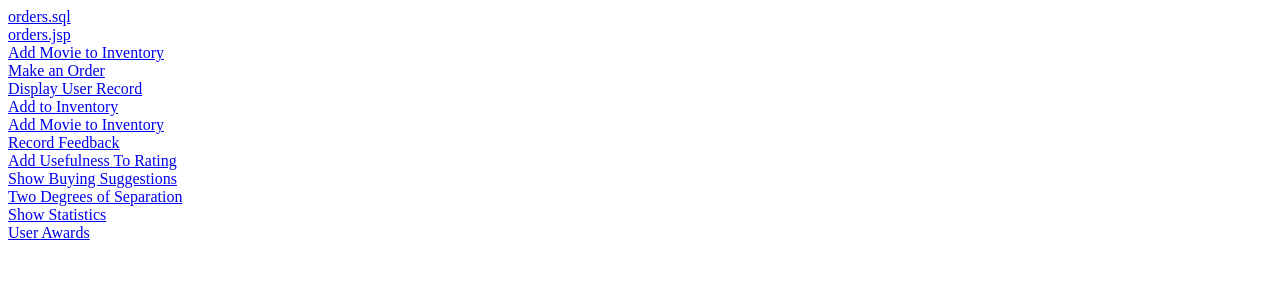
Repository: HyveMynd/cs5530
Page: http://localhost/public_html/options.jsp
These files come from the project's save history. The page is drawn as it stood at one moment and after the next save; the edit follows.
The browser window is 1280 px wide. The pictures show the whole page.
The page is served by Tomcat 9. Other server files are loaded and not shown.

Above is the page before, as saved 2013-04-15 01:51:38.

### VideoWebStore/public_html/options.jsp
<!DOCTYPE HTML PUBLIC "-//W3C//DTD HTML 4.01 Transitional//EN">
<html>
<head>
<title>JSP Example</title>
<meta http-equiv="Content-Type" content="text/html; charset=iso-8859-1">
</head>

<body>
<a href="orders.sql">orders.sql</a><br>
<a href="orders.jsp">orders.jsp</a><br>
<a href="addnewmovie.jsp">Add Movie to Inventory</a><br>
<a href="ordering.jsp">Make an Order</a><br>
<a href="userrecord.jsp">Display User Record</a><br>
<a href="addtoinv.jsp">Add to Inventory</a><br>
<a href="addtoinventory.jsp">Add Movie to Inventory</a><br>
<a href="recordfeedback.jsp">Record Feedback</a><br>
<a href="usefulnessrating.jsp">Add Usefulness To Rating</a><br>
<a href="buyingsuggestions.jsp">Show Buying Suggestions</a><br>
<a href="degrees.jsp">Two Degrees of Separation</a><br>
<a href="statistics.jsp">Show Statistics</a><br>
<a href="userawards.jsp">User Awards</a><br>

</body>
</html>

After the next save:
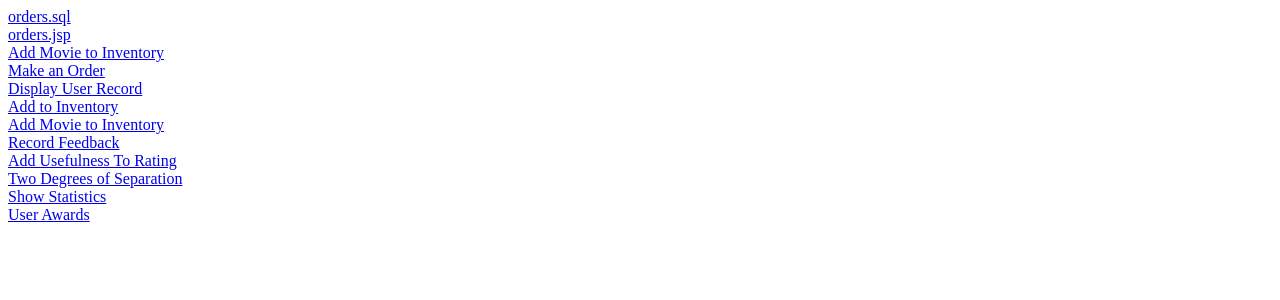
Saved 54 s later.
--- a/VideoWebStore/public_html/options.jsp
+++ b/VideoWebStore/public_html/options.jsp
@@ -15,7 +15,6 @@
 <a href="addtoinventory.jsp">Add Movie to Inventory</a><br>
 <a href="recordfeedback.jsp">Record Feedback</a><br>
 <a href="usefulnessrating.jsp">Add Usefulness To Rating</a><br>
-<a href="buyingsuggestions.jsp">Show Buying Suggestions</a><br>
 <a href="degrees.jsp">Two Degrees of Separation</a><br>
 <a href="statistics.jsp">Show Statistics</a><br>
 <a href="userawards.jsp">User Awards</a><br>
